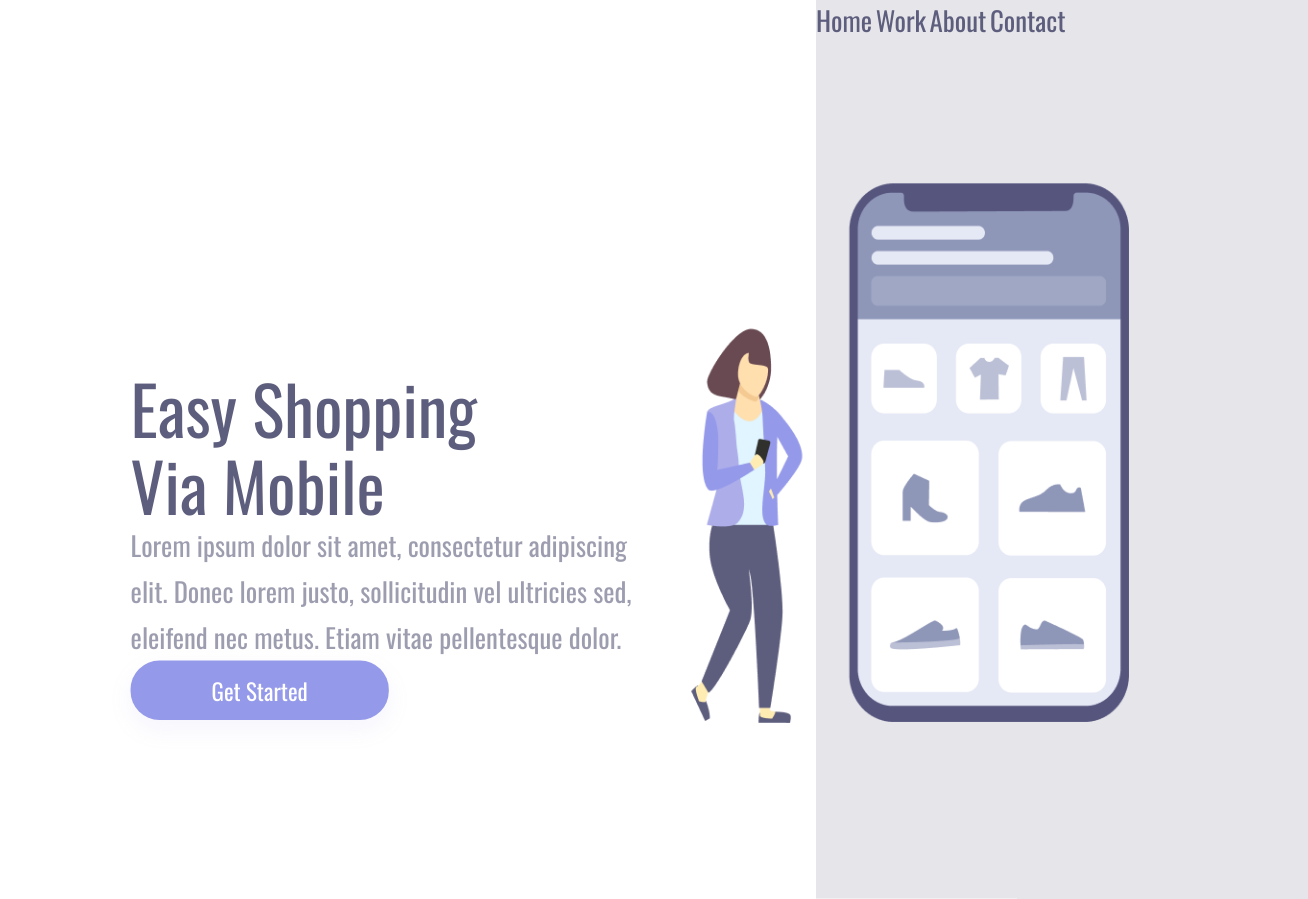
Repository: Leo-Marques-882/Projeto-Git-2
Page: index.html
These files come from the project's save history. The page is drawn as it stood at one moment and after the next save; the edit follows.
The browser window is 1280 px wide. The page is 1362 px wide, so the pictures cover 1362 px, including what lies to the right of the window. The pictures show the whole page, at 96% of full size.

Above is the page before, as saved 2023-03-07 00:15:05.

After the next save:
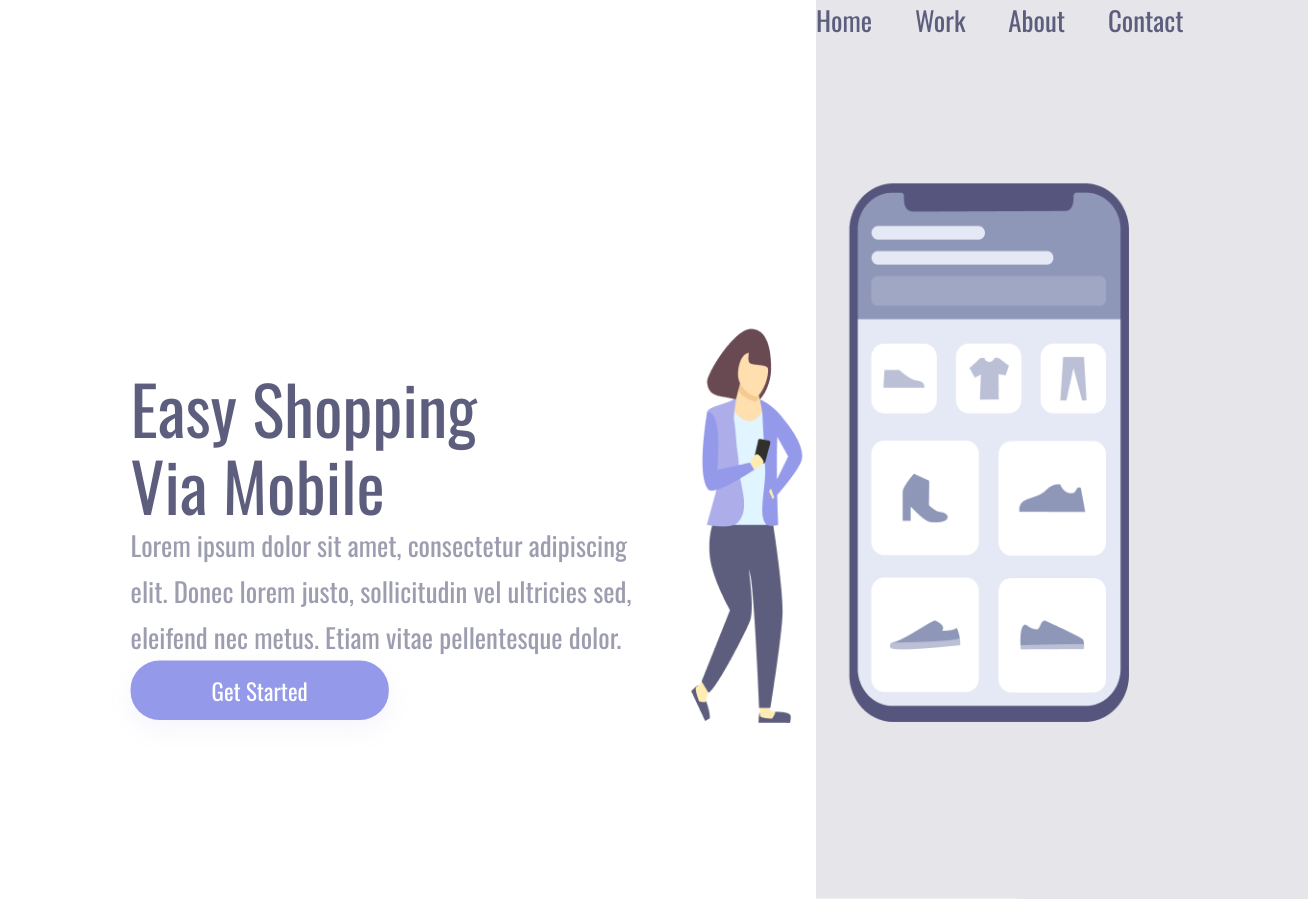
Saved 119 s later.
--- a/styless.css
+++ b/styless.css
@@ -74,6 +74,7 @@
     font-size: 28px;
     line-height: 41px;
     color: #5D5D7D;
+    margin-right: 41px;
 }
 
 img {
